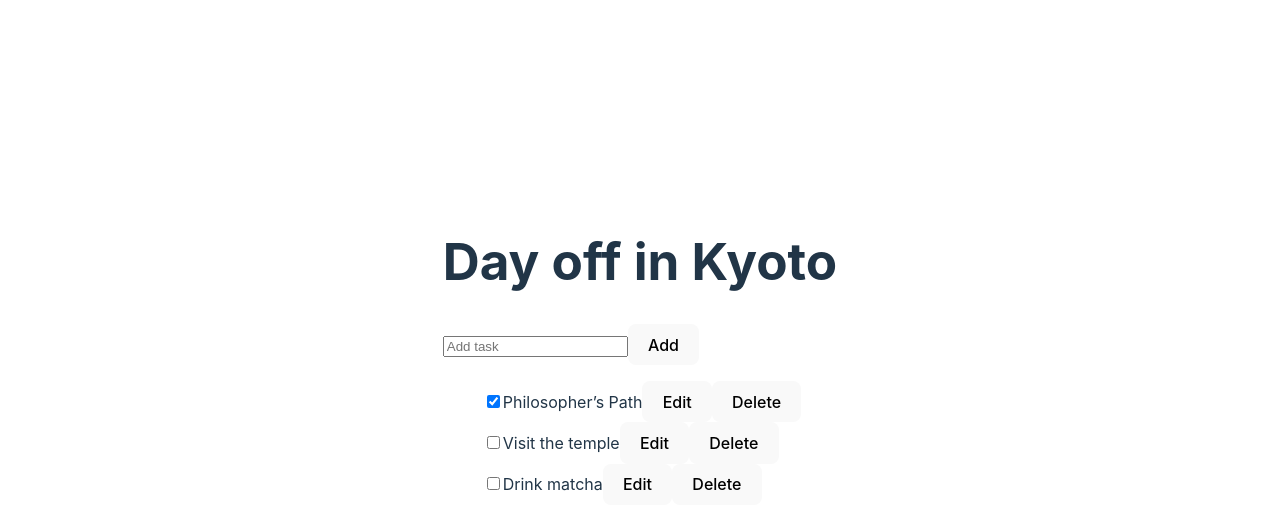
Repository: gitdumi/react-reducer
Page: /
These files come from the project's save history. The page is drawn as it stood at one moment and after the next save; the edit follows.
The browser window is 1280 px wide. The pictures show the whole page.
The project was rebuilt for these pictures with package versions that can differ from the ones it lists, and the page was loaded fresh each time. Also part of the build but not shown: vite.config.js.

Above is the page before, as saved 2023-03-16 14:29:33.

After the next save:
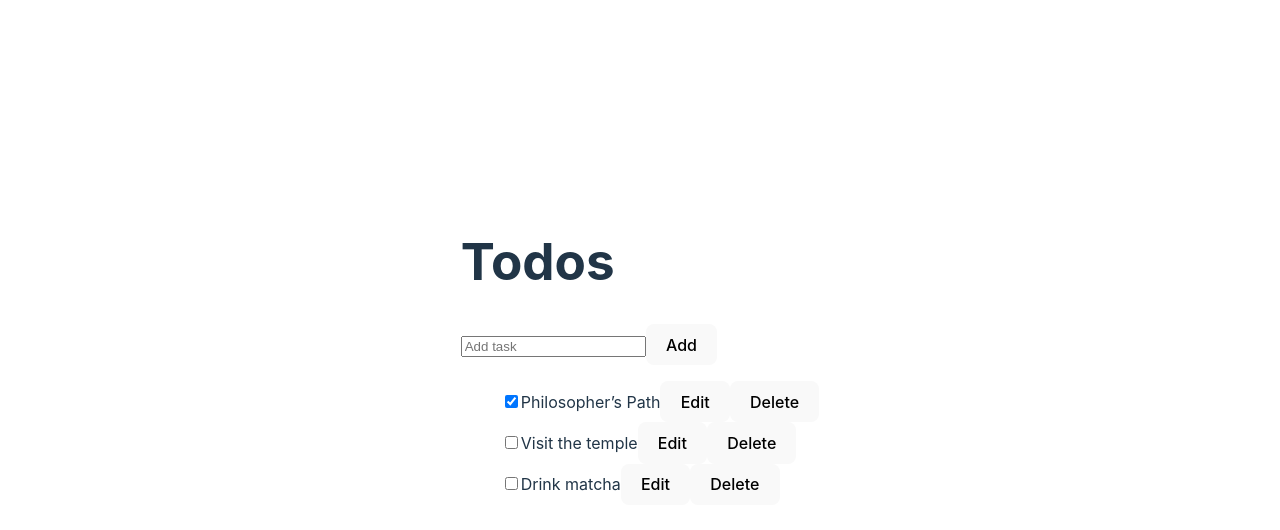
Saved 32 s later.
--- a/src/App.jsx
+++ b/src/App.jsx
@@ -41,7 +41,7 @@ function App() {
 
   return (
     <>
-      <h1>Day off in Kyoto</h1>
+      <h1>Todos</h1>
       <AddTask
         onAddTask={handleAddTask}
       />
